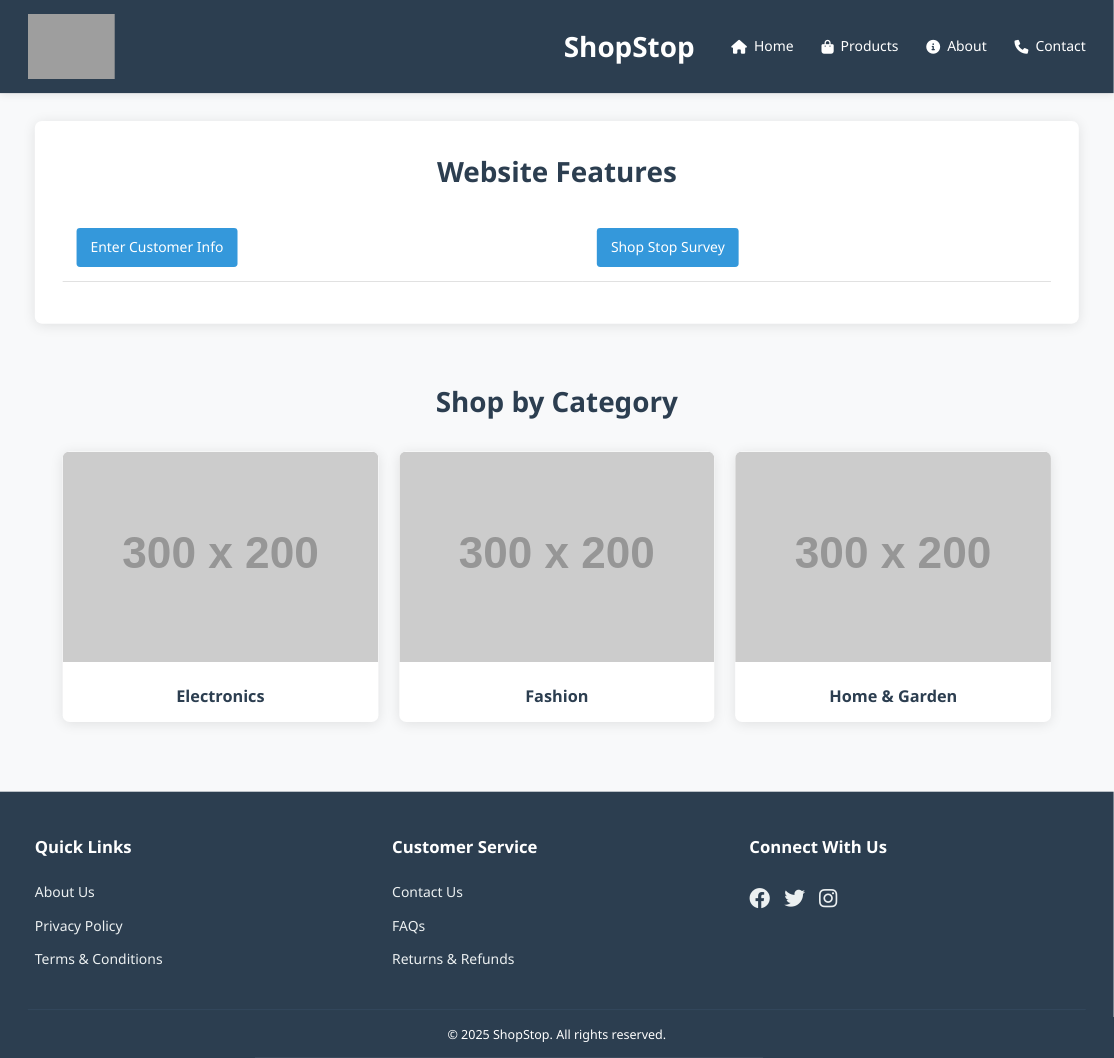
Repository: Rohit-3413/GET-java-training
Page: Web-workspace/ShopStop/src/main/webapp/index.html
An editor plug-in stored every save of this project. The page is shown before and after the next save, followed by the edit.
The browser window is 1280 px wide. The pictures show the whole page, at 87% of full size.
Pictures or frames that could not be fetched are drawn as grey boxes.

Above is the page before, as saved 2025-09-19 07:02:02.

### Web-workspace/ShopStop/src/main/webapp/index.html
<!DOCTYPE html>
<html>
<head>
<meta charset="UTF-8">
<title>ShopStop - Your One-Stop Shopping Destination</title>
<link rel="stylesheet" href="css/index.css">
<link rel="stylesheet" href="https://cdnjs.cloudflare.com/ajax/libs/font-awesome/6.0.0-beta3/css/all.min.css">
</head>
<body>
<header>
        <div class="logo-container">
            <img src="images/shop.png" alt="ShopStop Logo" height="75" width="100">
            <h1>ShopStop</h1>
        </div>
        <nav>
            <ul>
                <li><a href="#"><i class="fas fa-home"></i> Home</a></li>
                <li><a href="#"><i class="fas fa-shopping-bag"></i> Products</a></li>
                <li><a href="#"><i class="fas fa-info-circle"></i> About</a></li>
                <li><a href="#"><i class="fas fa-phone"></i> Contact</a></li>
            </ul>
        </nav>
    </header>

    <main>


        <section class="servlet-links">
            <h2>Website Features</h2>
            <table>

                    <tr>
                        <td><a href="register.html" class="btn">Enter Customer Info</a></td>
                         <td><a href="survey.html" class="btn">Shop Stop Survey</a></td>

                    </tr>

       </table>
        </section>

        <section class="featured-categories">
            <h2>Shop by Category</h2>
            <div class="categories">
                <div class="category">
                    <img src="https://placehold.co/300x200/EFEFEF/AAAAAA?text=Electronics" alt="Electronics">
                    <h3>Electronics</h3>
                </div>
                <div class="category">
                    <img src="https://via.placeholder.com/300x200?text=Fashion" alt="Fashion">
                    <h3>Fashion</h3>
                </div>
                <div class="category">
                    <img src="https://via.placeholder.com/300x200?text=Home+Garden" alt="Home & Garden">
                    <h3>Home & Garden</h3>
                </div>
            </div>
        </section>
    </main>

    <footer>
        <div class="footer-content">
            <div class="footer-section">
                <h3>Quick Links</h3>
                <ul>
                    <li><a href="#">About Us</a></li>
                    <li><a href="#">Privacy Policy</a></li>
                    <li><a href="#">Terms & Conditions</a></li>
                </ul>
            </div>
            <div class="footer-section">
                <h3>Customer Service</h3>
                <ul>
                    <li><a href="#">Contact Us</a></li>
                    <li><a href="#">FAQs</a></li>
                    <li><a href="#">Returns & Refunds</a></li>
                </ul>
            </div>
            <div class="footer-section">
                <h3>Connect With Us</h3>
                <div class="social-icons">
                    <a href="#"><i class="fab fa-facebook"></i></a>
                    <a href="#"><i class="fab fa-twitter"></i></a>
                    <a href="#"><i class="fab fa-instagram"></i></a>
                </div>
            </div>
        </div>
        <div class="copyright">
            <p>&copy; 2025 ShopStop. All rights reserved.</p>
        </div>
    </footer>
</body>
</html>

### Web-workspace/ShopStop/src/main/webapp/css/index.css
@charset "UTF-8";

/* General Styles */
* {
    margin: 0;
    padding: 0;
    box-sizing: border-box;
    font-family: 'Segoe UI', Tahoma, Geneva, Verdana, sans-serif;
}

body {
    background-color: #f8f9fa;
    color: #333;
    line-height: 1.6;
}

a {
    text-decoration: none;
    color: #0066cc;
}

/* Header Styles */
header {
    background-color: #2c3e50;
    color: white;
    box-shadow: 0 2px 10px rgba(0, 0, 0, 0.1);
    padding: 1rem 2rem;
    display: flex;
    justify-content: space-between;
    align-items: center;
}

.logo-container {
    display: flex;
    align-items: center;
    gap: 1rem;
}

.logo-container h1 {
    color: white;
    font-size: 2rem;
    margin-left: 500px;
}

nav ul {
    display: flex;
    list-style: none;
    gap: 2rem;
}

nav a {
    color: white;
    font-weight: 500;
    display: flex;
    align-items: center;
    gap: 0.5rem;
}

nav a:hover {
    color: #e74c3c;
}

/* Hero Section */
.hero {
    position: relative;
    margin-bottom: 3rem;
}

.hero img {
    width: 100%;
    height: auto;
    display: block;
}

.hero-text {
    position: absolute;
    top: 50%;
    left: 5%;
    transform: translateY(-50%);
    color: white;
    text-shadow: 1px 1px 3px rgba(0, 0, 0, 0.8);
}

.hero-text h2 {
    font-size: 2.5rem;
    margin-bottom: 1rem;
}

.hero-text p {
    font-size: 1.2rem;
    margin-bottom: 1.5rem;
}

.hero-text button {
    background-color: #e74c3c;
    color: white;
    border: none;
    padding: 0.8rem 1.5rem;
    font-size: 1rem;
    border-radius: 4px;
    cursor: pointer;
    transition: background-color 0.3s;
}

.hero-text button:hover {
    background-color: #c0392b;
}

/* Servlet Links Section */
.servlet-links {
    padding: 2rem;
    background-color: white;
    margin: 2rem auto;
    max-width: 1200px;
    border-radius: 8px;
    box-shadow: 0 2px 15px rgba(0, 0, 0, 0.1);
}

.servlet-links h2 {
    color: #2c3e50;
    margin-bottom: 1.5rem;
    text-align: center;
    font-size: 2rem;
}

table {
    width: 100%;
    border-collapse: collapse;
    margin: 1rem 0;
}

th, td {
    padding: 1rem;
    text-align: left;
    border-bottom: 1px solid #ddd;
}

th {
    background-color: #f2f2f2;
    font-weight: 600;
}

tr:hover {
    background-color: #f9f9f9;
}

.btn {
    display: inline-block;
    background-color: #3498db;
    color: white;
    padding: 0.6rem 1rem;
    border-radius: 4px;
    transition: background-color 0.3s;
}

.btn:hover {
    background-color: #2980b9;
}

/* Featured Categories */
.featured-categories {
    padding: 2rem;
    max-width: 1200px;
    margin: 0 auto;
}

.featured-categories h2 {
    text-align: center;
    margin-bottom: 2rem;
    color: #2c3e50;
    font-size: 2rem;
}

.categories {
    display: flex;
    justify-content: space-between;
    flex-wrap: wrap;
    gap: 1.5rem;
}

.category {
    flex: 1 1 300px;
    background: white;
    border-radius: 8px;
    overflow: hidden;
    box-shadow: 0 2px 15px rgba(0, 0, 0, 0.1);
    transition: transform 0.3s;
}

.category:hover {
    transform: translateY(-5px);
}

.category img {
    width: 100%;
    height: auto;
}

.category h3 {
    padding: 1rem;
    text-align: center;
    color: #2c3e50;
}

/* Footer Styles */
footer {
    background-color: #2c3e50;
    color: white;
    padding: 3rem 2rem 1rem;
    margin-top: 3rem;
}

.footer-content {
    display: flex;
    justify-content: space-between;
    flex-wrap: wrap;
    gap: 2rem;
    max-width: 1200px;
    margin: 0 auto;
}

.footer-section {
    flex: 1 1 250px;
}

.footer-section h3 {
    margin-bottom: 1.5rem;
    font-size: 1.2rem;
}

.footer-section ul {
    list-style: none;
}

.footer-section ul li {
    margin-bottom: 0.8rem;
}

.footer-section a {
    color: #ecf0f1;
}

.footer-section a:hover {
    color: #e74c3c;
}

.social-icons {
    display: flex;
    gap: 1rem;
    font-size: 1.5rem;
}

.social-icons a {
    color: #ecf0f1;
}

.copyright {
    text-align: center;
    margin-top: 2rem;
    padding-top: 1rem;
    border-top: 1px solid #34495e;
    font-size: 0.9rem;
}

/* Responsive Adjustments */
@media (max-width: 768px) {
    header {
        flex-direction: column;
        padding: 1rem;
    }

    nav ul {
        margin-top: 1rem;
        gap: 1rem;
    }

    .hero-text h2 {
        font-size: 1.8rem;
    }

    .hero-text p {
        font-size: 1rem;
    }

    .categories {
        flex-direction: column;
    }
}

After the next save:
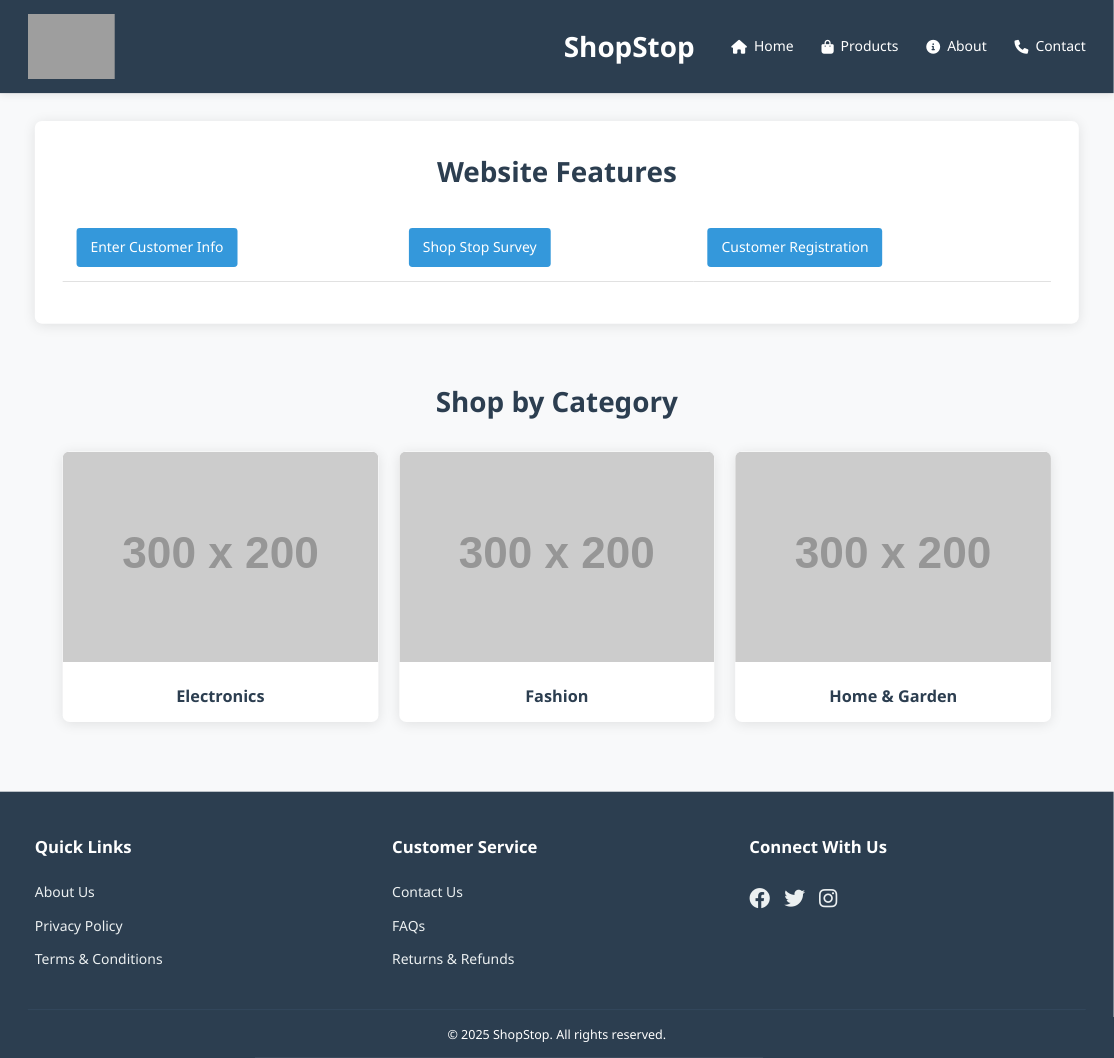
Saved 84 s later.
--- a/Web-workspace/ShopStop/src/main/webapp/index.html
+++ b/Web-workspace/ShopStop/src/main/webapp/index.html
@@ -32,6 +32,7 @@
                     <tr>
                         <td><a href="register.html" class="btn">Enter Customer Info</a></td>
                          <td><a href="survey.html" class="btn">Shop Stop Survey</a></td>
+                         <td><a href="customer.html" class="btn">Customer Registration</a></td>
 
                     </tr>
 
